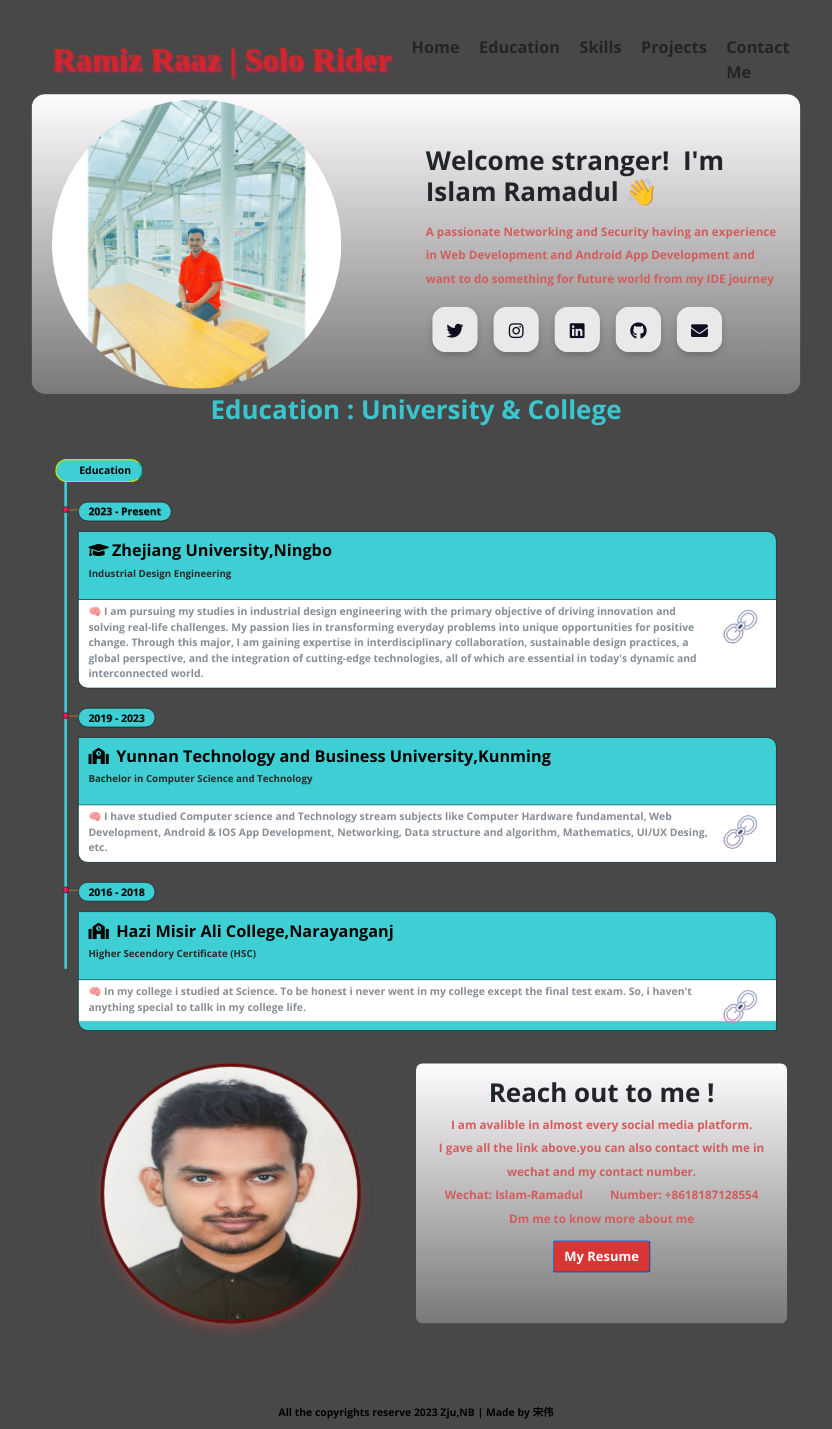
Repository: ramizraaz/ZjuProtfolio
Page: index.html
The author's editor kept a copy of each file at every save. The page is drawn from the files as they stood at one save, then again after the next save.
The browser window is 1280 px wide. The pictures show the whole page, at 65% of full size.
Some web fonts or font styles are not loaded; a fallback is used. Some web libraries are served in a nearby version.

Above is the page before, as saved 2023-10-08 19:55:07.

After the next save:
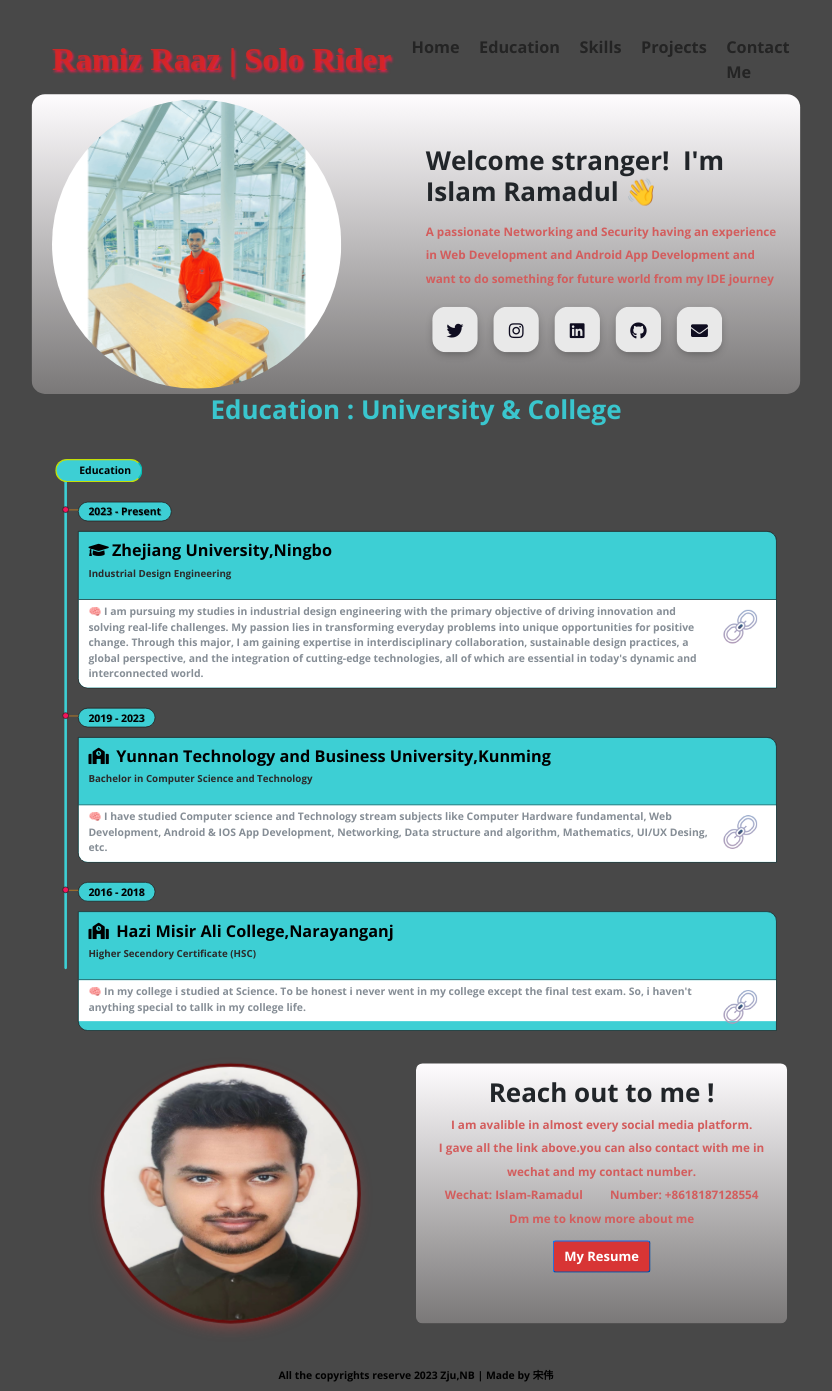
Saved 7 s later.
--- a/style.css
+++ b/style.css
@@ -382,7 +382,7 @@ p {
 }
 
 footer {
-    padding-top: 10%;
+    padding-top: 5%;
     color: #000000;
     text-align: center;
 }
